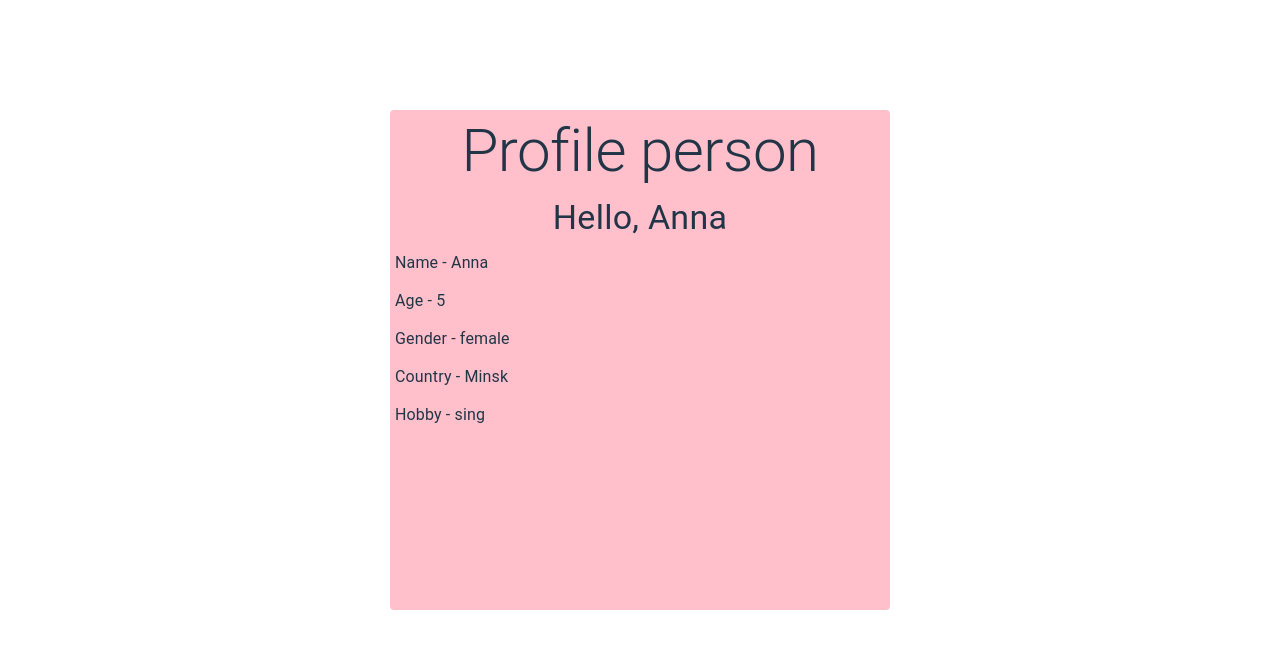
Repository: savannaaaas/props
Page: /
These files come from the project's save history. The page is drawn as it stood at one moment and after the next save; the edit follows.
The browser window is 1280 px wide. The pictures show the whole page.
The project was rebuilt for these pictures with package versions that can differ from the ones it lists, and the page was loaded fresh each time. Also part of the build but not shown: vite.config.js.

Above is the page before, as saved 2025-07-08 00:02:55.

After the next save:
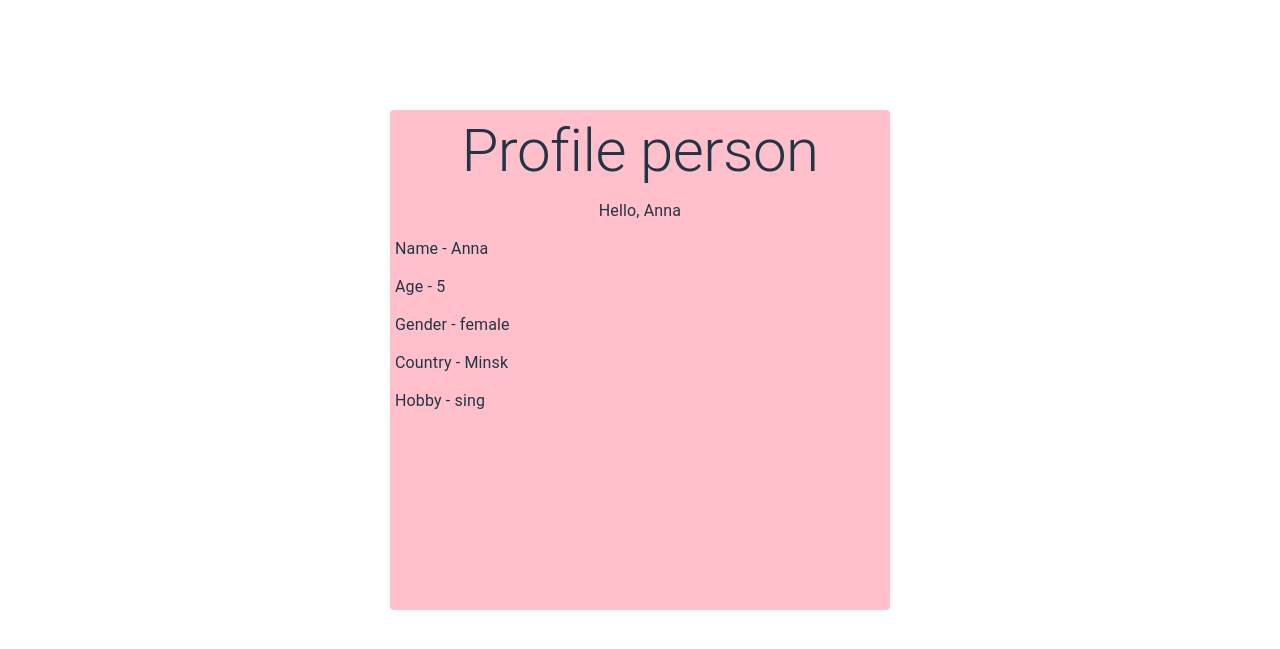
Saved 8 s later.
--- a/src/components/Person1.jsx
+++ b/src/components/Person1.jsx
@@ -2,7 +2,7 @@ import Typography from "@mui/material/Typography";
 export const Person1 = ({ name, age, men, obj, sayHello, hobbies }) => {
   return (
     <>
-      <Typography variant="h4" align="center" style={{ padding: "5px" }}>
+      <Typography variant="subtitle1" align="center" style={{ padding: "5px" }}>
         {sayHello(name)}
       </Typography>
       <Typography variant="subtitle1" align="left" style={{ padding: "5px" }}>
